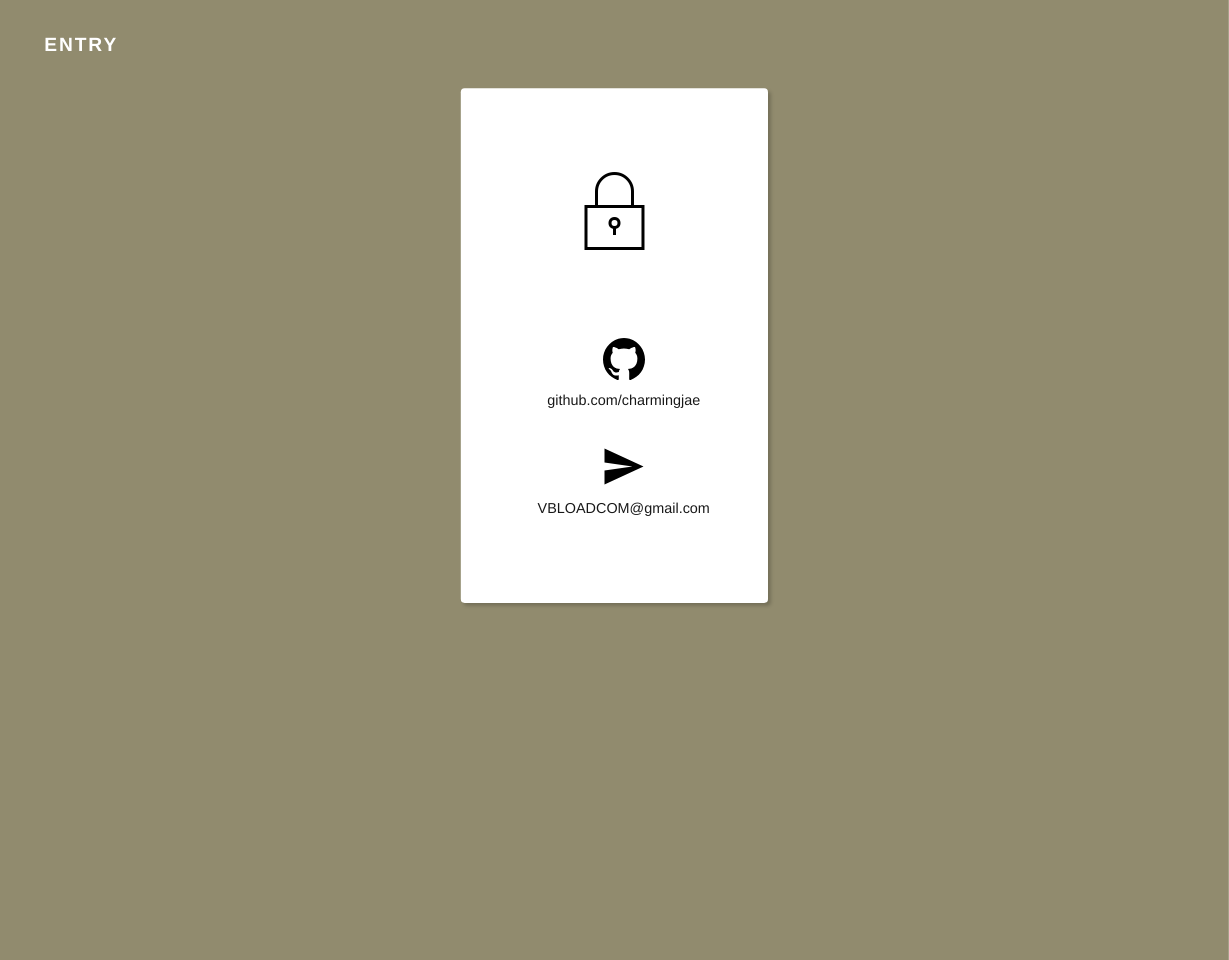
Repository: charmingjae/Entry
Page: http://localhost/entry/contact.jsp
The author's editor kept a copy of each file at every save. The page is drawn from the files as they stood at one save, then again after the next save.
The browser window is 1280 px wide. The pictures show the whole page, at 96% of full size.
Some web libraries are served in a nearby version. The page is served by Tomcat 9.

Above is the page before, as saved 2020-02-02 15:40:27.

After the next save:
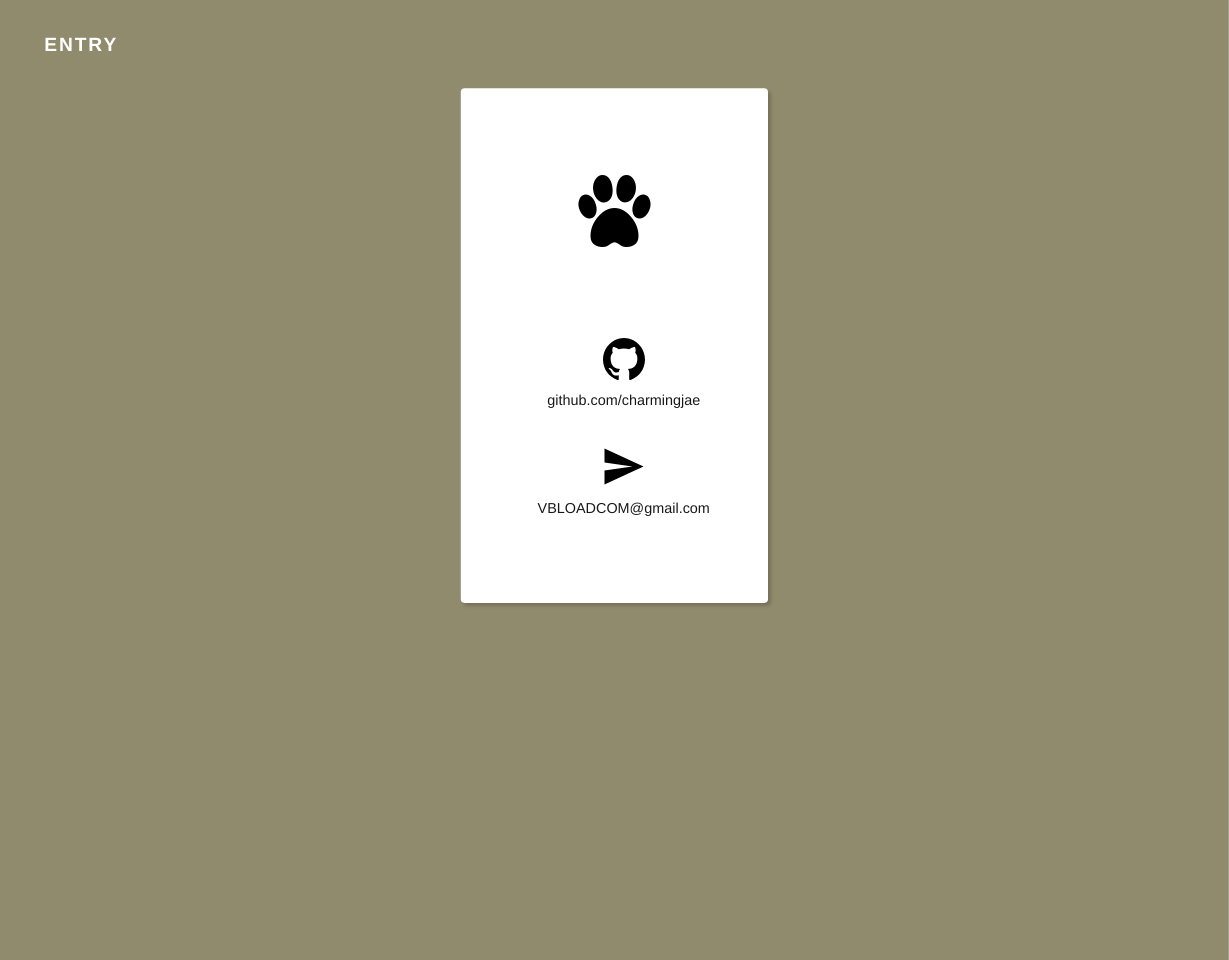
Saved 83 s later.
--- a/entry/WebContent/contact.jsp
+++ b/entry/WebContent/contact.jsp
@@ -18,7 +18,7 @@
     <jsp:include page="headerForRL.jsp"></jsp:include>
         <form method="post">
             <h2 class="sr-only">Login Form</h2>
-            <div class="illustration"><i class="icon ion-ios-locked-outline"></i></div>
+            <div class="illustration"><i class="icon ion-ios-paw"></i></div>
                   <div class="media">
             <ul>
                   <li><ion-icon name="logo-github"></ion-icon><a href="http://www.github.com/charmingjae" class="contact">github.com/charmingjae</a></li>
